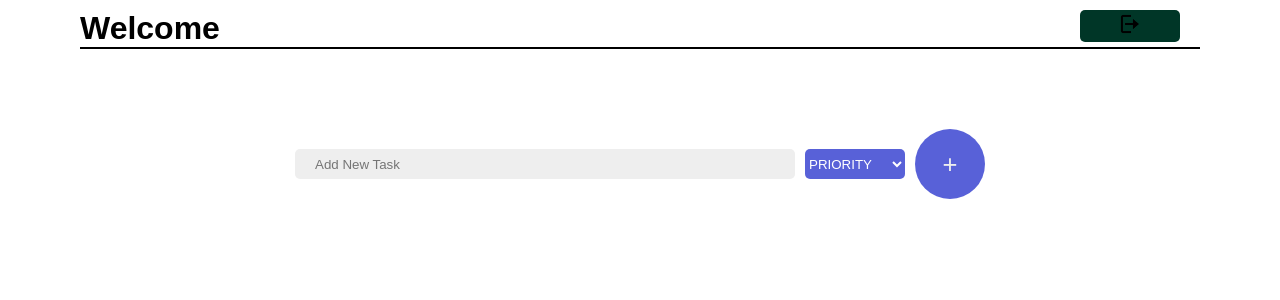
Repository: tebo27cMd/todo_App
Page: /HomePage
The author's editor kept a copy of each file at every save. The page is drawn from the files as they stood at one save, then again after the next save.
The browser window is 1280 px wide. The pictures show the whole page.
The page's requests for data from a server got no answer. The project was rebuilt for these pictures with package versions that can differ from the ones it lists, and the page was loaded fresh each time. No one was signed in, and anything a server would have sent is missing. Also part of the build but not shown: src/Pages/LoginPage.jsx, src/Pages/SignInPage.jsx.

Above is the page before, as saved 2022-08-23 12:11:38.

After the next save:
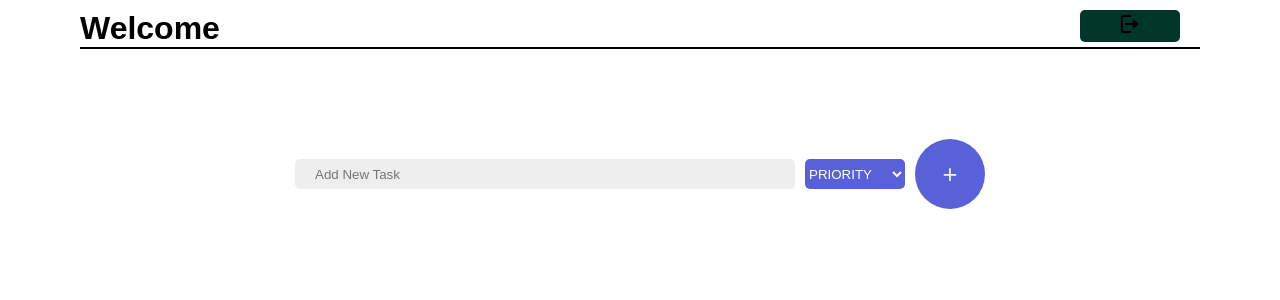
Saved 14 s later.
--- a/src/css/HomePage.css
+++ b/src/css/HomePage.css
@@ -121,7 +121,7 @@ height: 90px;
 .input-fields {
     display: flex;
     align-items: center;
-
+    height: 90px;
 
 }
 
